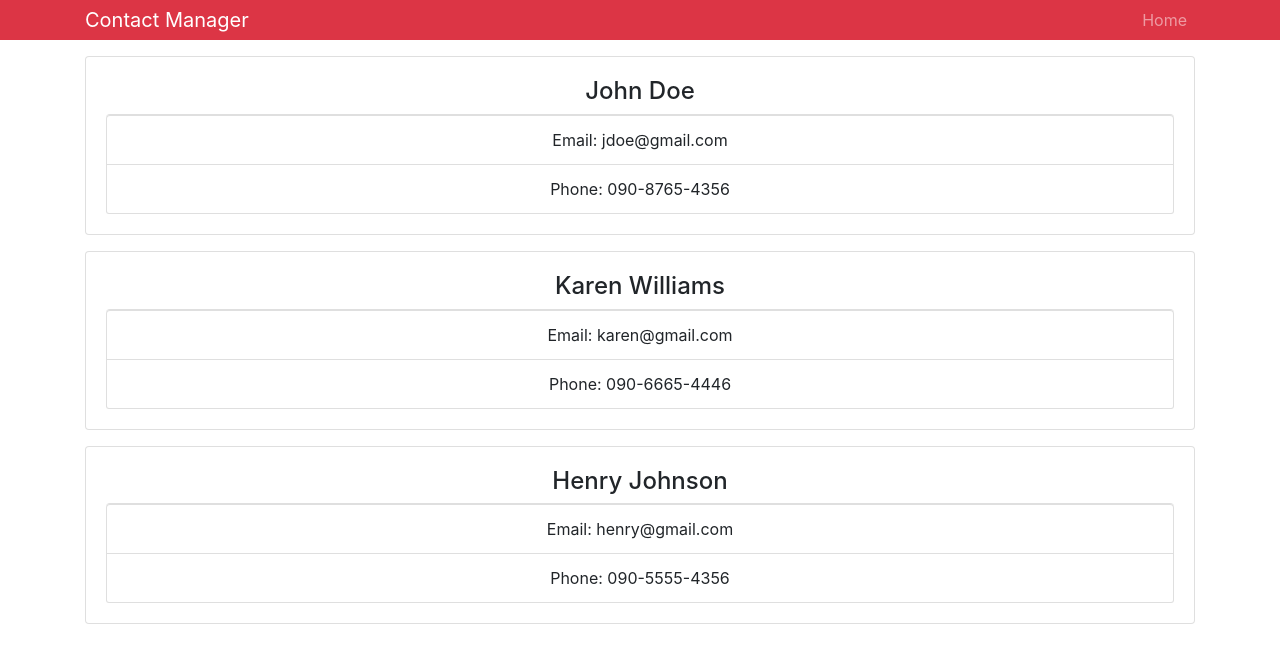
Repository: IkennaU/contactmanager
Page: /test
The author's editor kept a copy of each file at every save. The page is drawn from the files as they stood at one save, then again after the next save.
The browser window is 1280 px wide. The pictures show the whole page.
Some web libraries are served in a nearby version. The project was rebuilt for these pictures with package versions that can differ from the ones it lists, and the page was loaded fresh each time.

Above is the page before, as saved 2020-07-20 16:55:09.

After the next save:
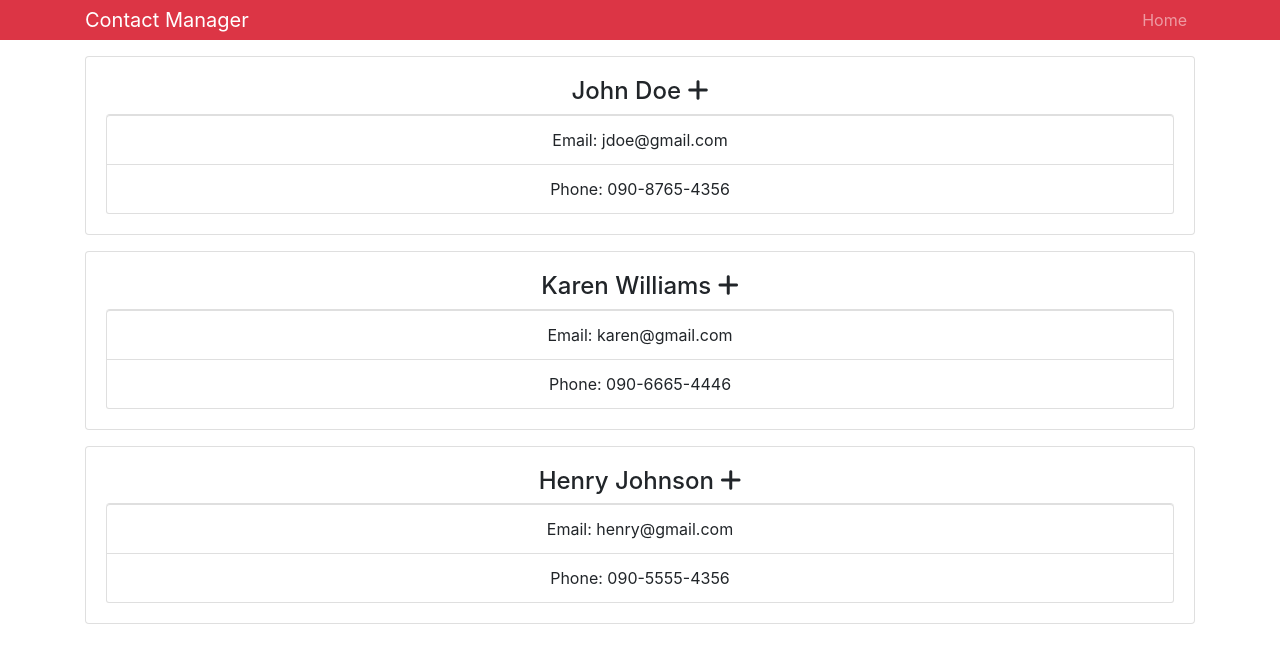
Saved 2 min 15 s later.
--- a/src/components/Contact.js
+++ b/src/components/Contact.js
@@ -11,7 +11,9 @@ class Contact extends Component {
   render() {
     return (
       <div className="card card-body mb-3">
-        <h4>{this.props.name}</h4>
+        <h4>
+          {this.props.name} <i className="fas fa-plus"></i>
+        </h4>
         <ul className="list-group">
           <li className="list-group-item">Email: {this.props.email}</li>
           <li className="list-group-item">Phone: {this.props.phone}</li>
